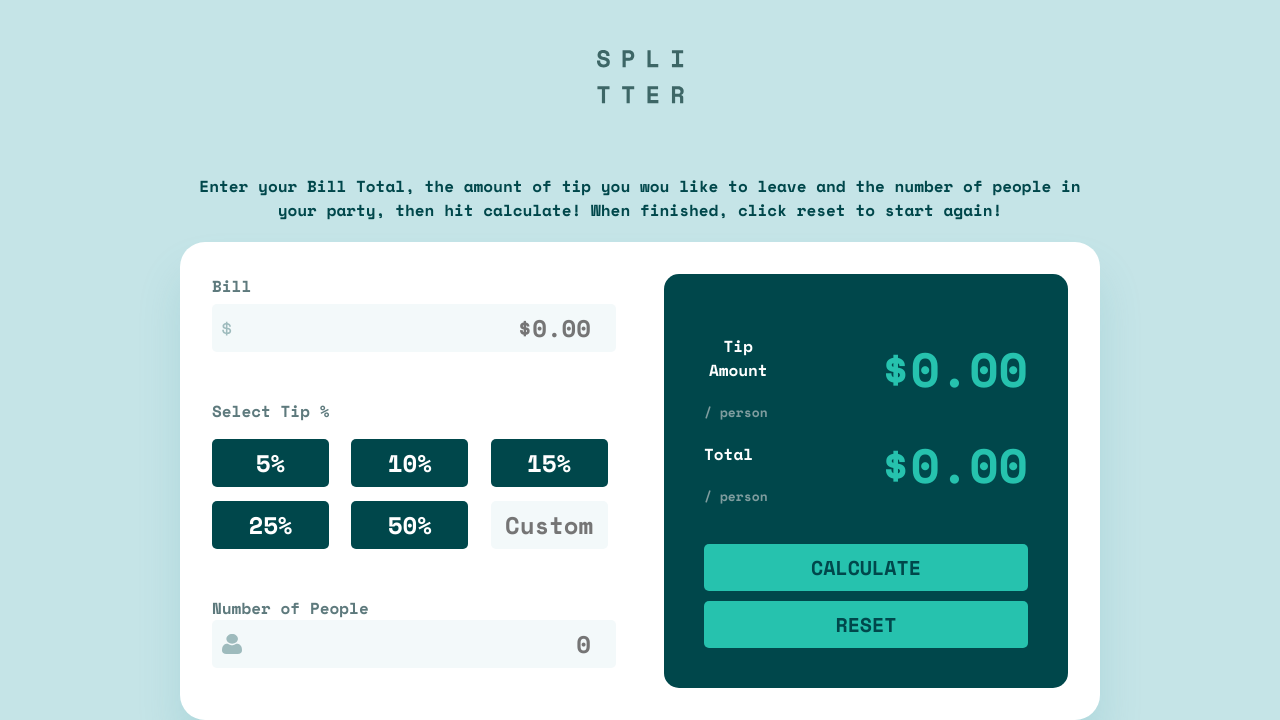
Repository: brandontaylor1/splitter
Page: index.html
These files come from the project's save history. The page is drawn as it stood at one moment and after the next save; the edit follows.
The browser window is 1280 px wide. The pictures show the whole page.

Above is the page before, as saved 2025-02-07 14:11:52.

After the next save:
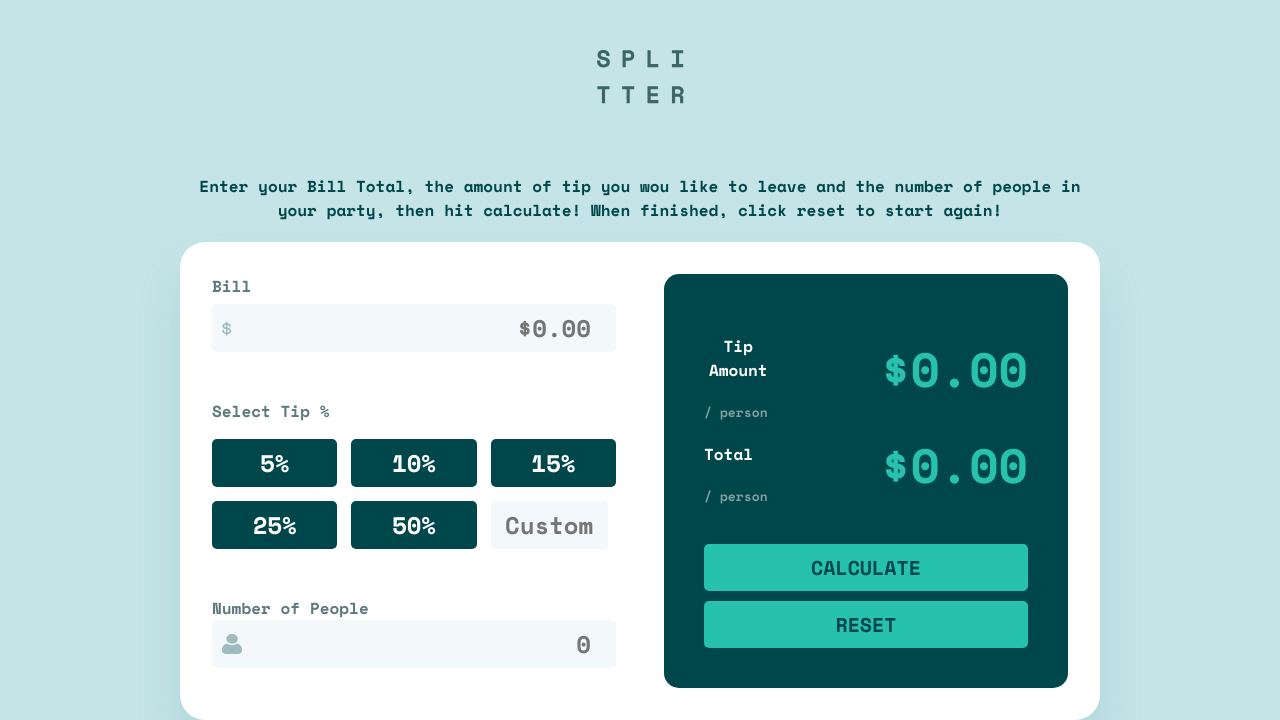
Saved 43 s later.
--- a/styles.css
+++ b/styles.css
@@ -168,7 +168,7 @@ input {
 }
 
 .tip-button {
-    width: 117px;
+    width: auto;
     height: 48px;
     flex-shrink: 0;
     border: none;
